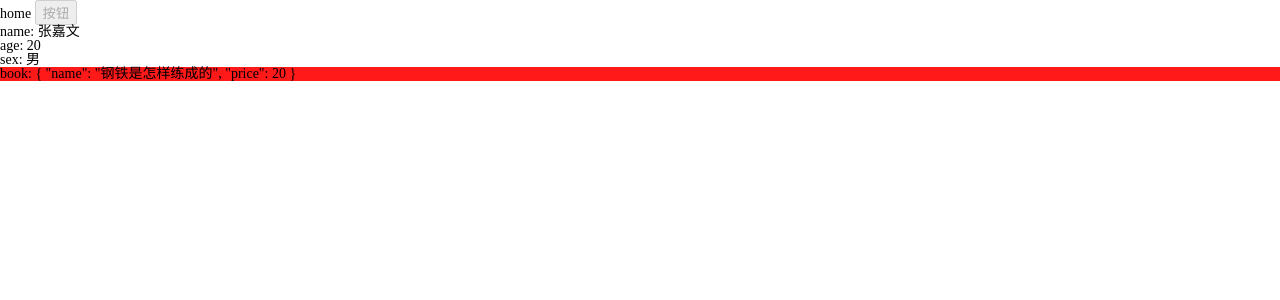
Repository: 596178924/vue3-ts-app
Page: /
The author's editor kept a copy of each file at every save. The page is drawn from the files as they stood at one save, then again after the next save.
The browser window is 1280 px wide. The pictures show the whole page.
The project was rebuilt for these pictures with package versions that can differ from the ones it lists, and the page was loaded fresh each time. Also part of the build but not shown: vite.config.ts.

Above is the page before, as saved 2022-11-09 16:26:46.

After the next save:
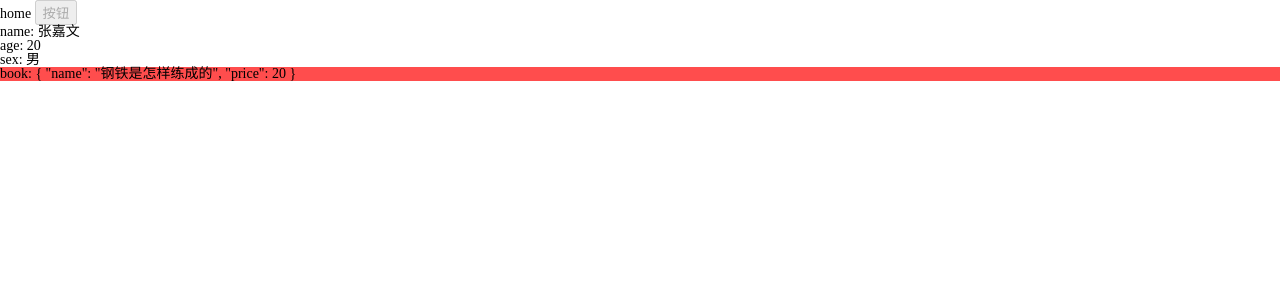
Saved 7 s later.
--- a/src/views/home/index.vue
+++ b/src/views/home/index.vue
@@ -33,6 +33,6 @@ const book = ref<Book>({
 //   }
 // });
 .test {
-	background-color: mix(#ff0000, #fff, 90%);
+	background-color: mix(#ff0000, #fff, 70%);
 }
 </style>
